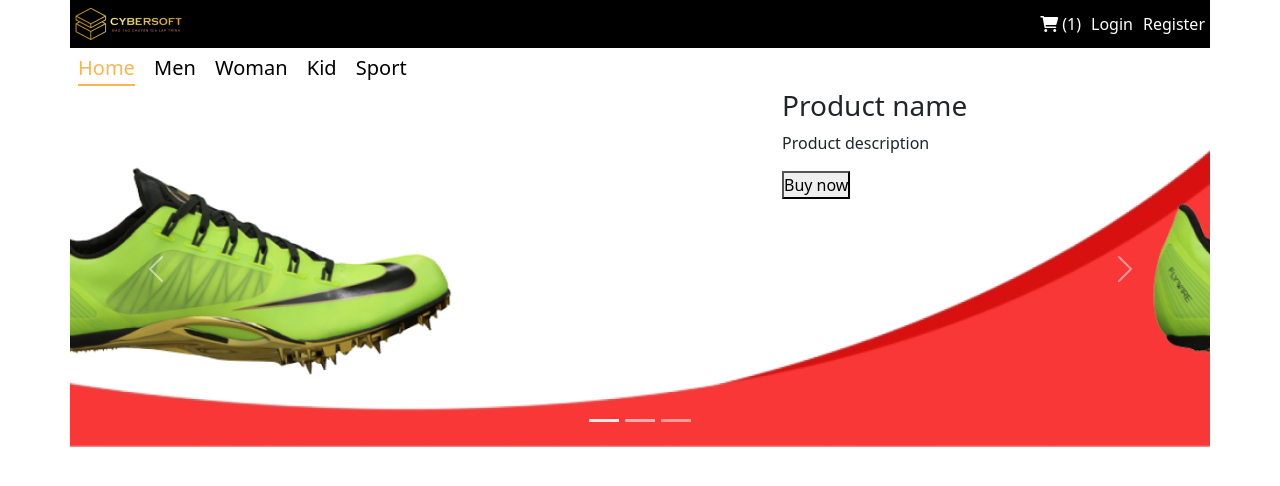
Repository: minhtrivu6199/Capstone_Shop
Page: index.html
These files come from the project's save history. The page is drawn as it stood at one moment and after the next save; the edit follows.
The browser window is 1280 px wide. The pictures show the whole page.
The style sheet was rebuilt from its Sass, Less or Tailwind sources for each picture, by a compiler version that may differ from the author's.

Above is the page before, as saved 2022-11-01 16:00:29.

After the next save:
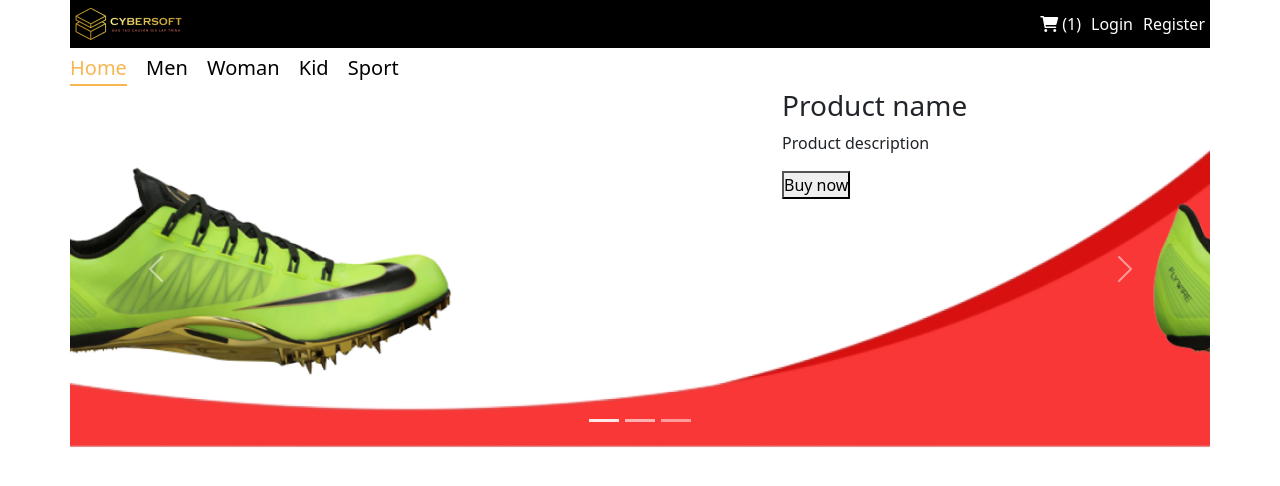
Saved 22 s later.
--- a/index.html
+++ b/index.html
@@ -55,7 +55,7 @@
         </div>
       </div>
       <div class="container">
-        <div class="menu p-2">
+        <div class="menu py-2">
           <div class="menu-items">
             <a class="active" href="">Home</a>
             <a href="">Men</a>
